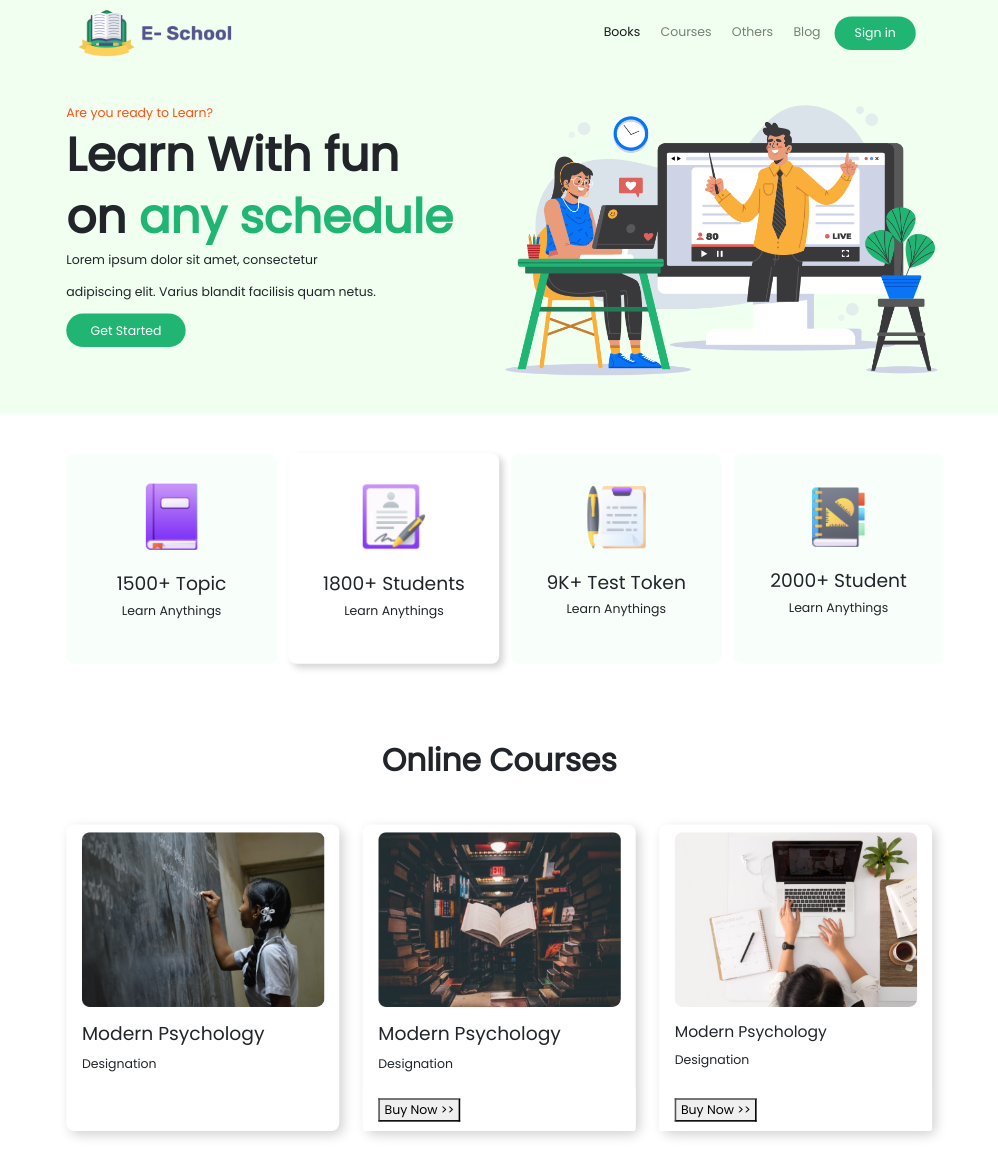
Repository: mohsinfarabi/e-school
Page: index.html
These files come from the project's save history. The page is drawn as it stood at one moment and after the next save; the edit follows.
The browser window is 1280 px wide. The pictures show the whole page, at 78% of full size.

Above is the page before, as saved 2020-07-08 19:17:14.

After the next save:
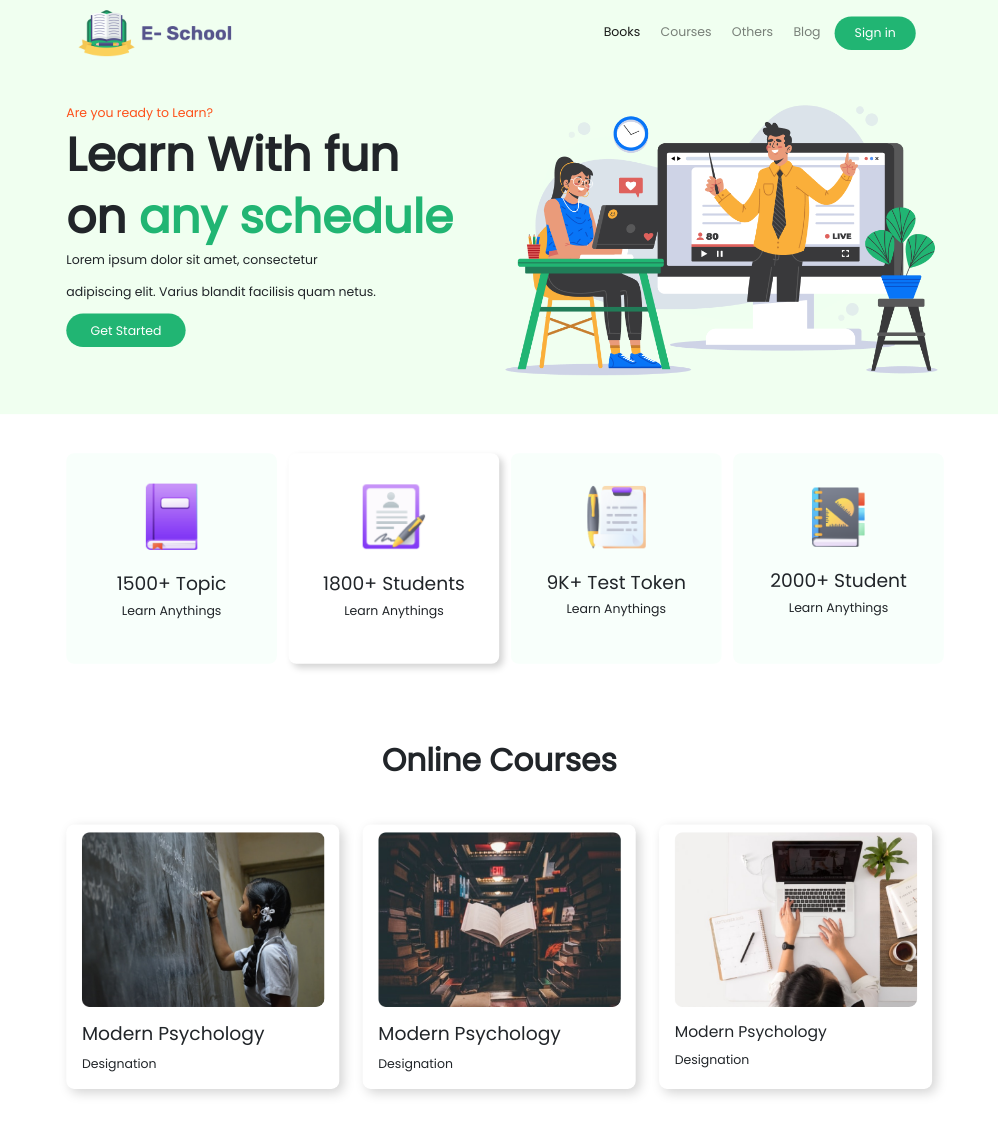
Saved 9 s later.
--- a/index.html
+++ b/index.html
@@ -124,9 +124,7 @@
                     <h4 class="card-title">Modern Psychology</h4>
                     <p class="card-text">Designation</p>
                 </div>
-                <div class="card-footer">
-                    <button class="buy-now-button">Buy Now >></button>
-                </div>
+
             </div>
             <div class="card">
                 <img src="images/Photos/Morder pychons.png" class="card-img-top" alt="...">
@@ -134,9 +132,7 @@
                     <h5 class="card-title">Modern Psychology</h5>
                     <p class="card-text">Designation</p>
                 </div>
-                <div class="card-footer">
-                    <button class="buy-now-button">Buy Now >></button>
-                </div>
+
             </div>
         </div>
     </div>
